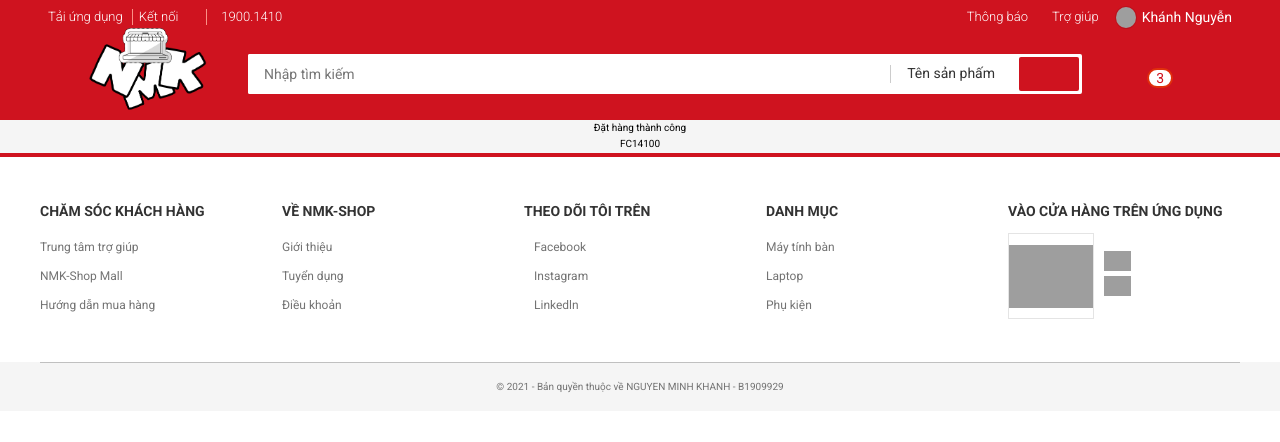
Repository: NguyenMinhKhanhB1909929/NMK-Shop
Page: orderedSuccess.html
An editor plug-in stored every save of this project. The page is shown before and after the next save, followed by the edit.
The browser window is 1280 px wide. The pictures show the whole page.
Pictures or frames that could not be fetched are drawn as grey boxes. Some icons come from a web library that is not loaded, so they are not drawn.

Above is the page before, as saved 2021-12-04 15:49:45.
Console error: TypeError: Cannot set properties of null (setting 'onclick')

After the next save:
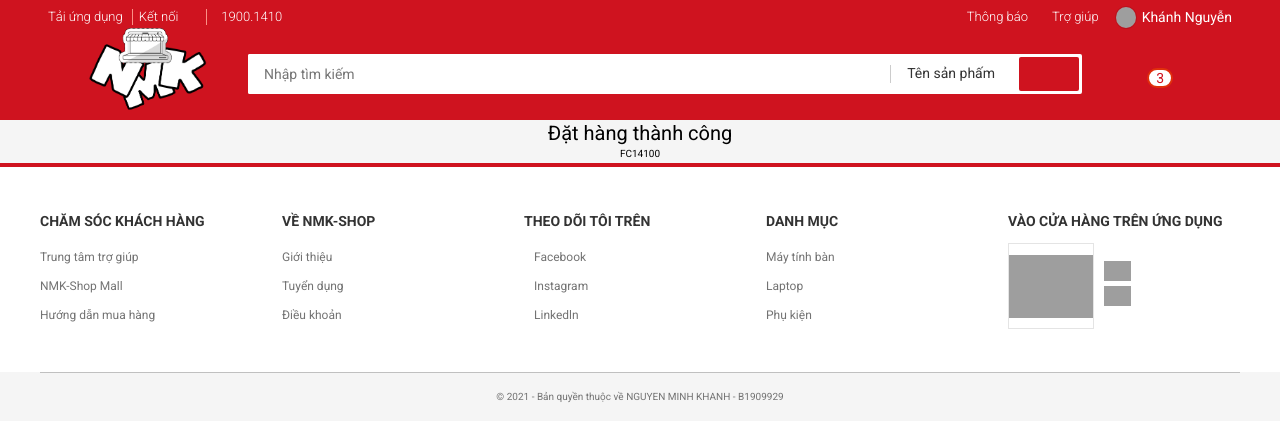
Saved 23 s later.
--- a/assets/css/orderSuccess.css
+++ b/assets/css/orderSuccess.css
@@ -9,6 +9,8 @@
   z-index: 100;
 }
 .ordered__success-titile {
+  font-size: 2rem;
+  line-height: 2.6rem;
 }
 .ordered__success-id {
 }
